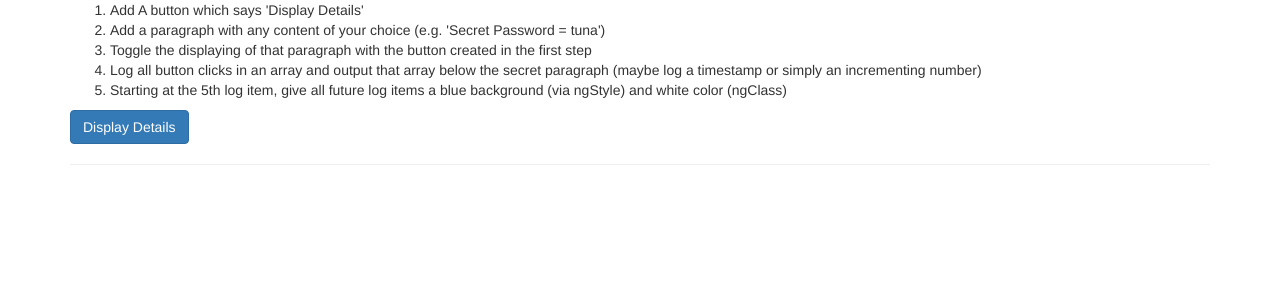
Repository: warrior1803-wang/Angular-Practices
Page: /
An editor plug-in stored every save of this project. The page is shown before and after the next save, followed by the edit.
The browser window is 1280 px wide. The pictures show the whole page.
The project was rebuilt for these pictures with package versions that can differ from the ones it lists, and the page was loaded fresh each time. Also part of the build but not shown: angular.json.

Above is the page before, as saved 2022-11-03 22:03:14.

### src/app/app.component.ts
import { Component } from "@angular/core";

@Component({
  selector: "app-root",
  templateUrl: "./app.component.html",
  styleUrls: ["./app.component.css"],
})
export class AppComponent {
  showSecret = false;
  count = 1;
  secrets = [];
  onClick() {
    this.showSecret = !this.showSecret;
    this.secrets.push(Date());
    this.count += 1;
  }
}

### src/app/app.component.html
<div class="container">
  <div class="row">
    <div class="col-xs-12">
      <ol>
        <li>Add A button which says 'Display Details'</li>
        <li>
          Add a paragraph with any content of your choice (e.g. 'Secret Password
          = tuna')
        </li>
        <li>
          Toggle the displaying of that paragraph with the button created in the
          first step
        </li>
        <li>
          Log all button clicks in an array and output that array below the
          secret paragraph (maybe log a timestamp or simply an incrementing
          number)
        </li>
        <li>
          Starting at the 5th log item, give all future log items a blue
          background (via ngStyle) and white color (ngClass)
        </li>
      </ol>
      <button class="btn btn-primary" (click)="onClick()">
        Display Details
      </button>
      <p *ngIf="showSecret">
        my secret pleasure: listening to Peaches by Justin Bieber
      </p>
      <br />
      <hr />
      <li *ngFor="let time of secrets">
        <p ngStyle="">{{ time }}</p>
      </li>
    </div>
  </div>
</div>

Loaded but not shown: src/index.html (common file); src/styles.css (common file); src/main.ts (common file); src/app/app.module.ts (common file); src/environments/environment.ts (common file); src/app/app.component.css (no stored copy; drawn as an empty file)

After the next save:
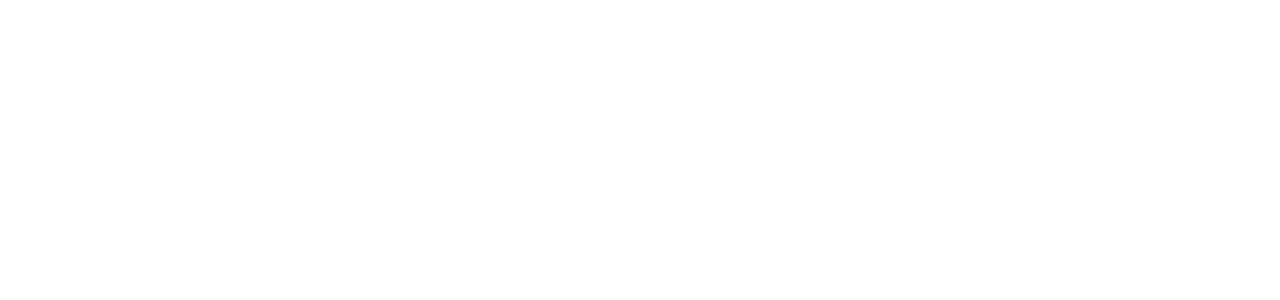
Saved 31 s later.
--- a/src/app/app.component.html
+++ b/src/app/app.component.html
@@ -30,7 +30,7 @@
       <br />
       <hr />
       <li *ngFor="let time of secrets">
-        <p ngStyle="">{{ time }}</p>
+        <p [ngStyle]="{ backgroundColor: blue }>{{ time }}</p>
       </li>
     </div>
   </div>

After the 4 saves that followed:
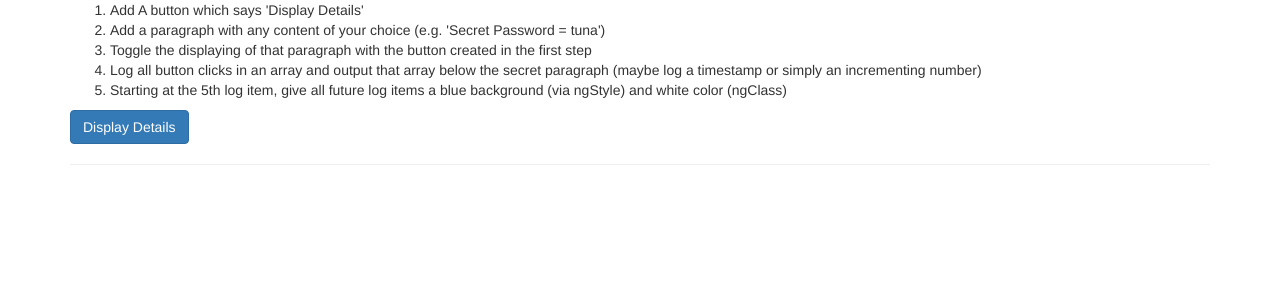
The 4 saves are shown as one change because 3 left the picture as it was.
The last was saved 96 s later.
--- a/src/app/app.component.html
+++ b/src/app/app.component.html
@@ -30,7 +30,7 @@
       <br />
       <hr />
       <li *ngFor="let time of secrets">
-        <p [ngStyle]="{ backgroundColor: blue }>{{ time }}</p>
+        <p [ngStyle]="{ backgroundColor: blue }">{{ time }}</p>
       </li>
     </div>
   </div>
